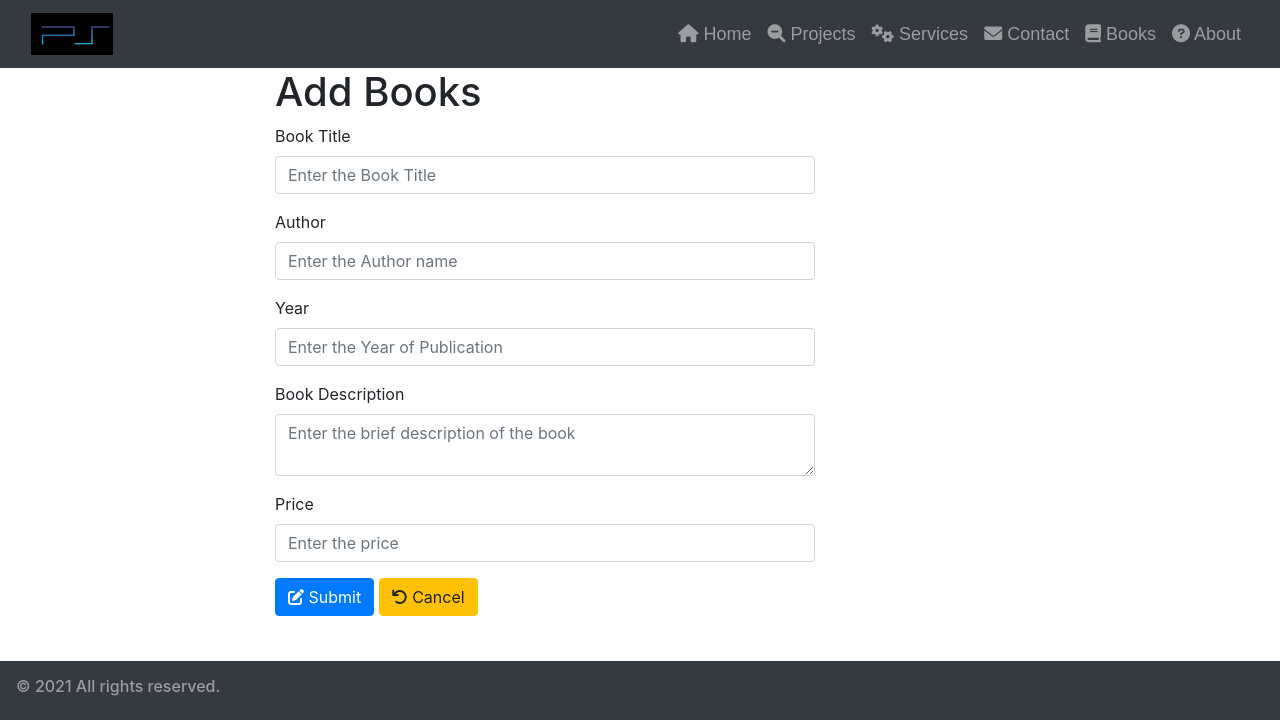
Repository: ParambirParambir/Assignment02
Page: http://localhost/book-list/add
An editor plug-in stored every save of this project. The page is shown before and after the next save, followed by the edit.
The browser window is 1280 px wide. The pictures show the whole page.
Some web libraries are served in a nearby version. The page is served by the project's Node server (server/config/app.js). Other server files are loaded and not shown.

Above is the page before, as saved 2021-10-21 19:55:28.

### server/views/book/add.ejs
<%- include ../partials/header.ejs %>

<%- include ../partials/main_nav.ejs %>

<!--Main content for Add page-->
<div class="container">
    <div class="row">
        <div class="offset-md-2 col-md-6">
          <h1><%= title %></h1>

            <form class="form" method="post">
                <div class="form-group">
                    <label for="nameTextField">Book Title</label>
                    <input type="text" class="form-control" id="nameTextField" placeholder="Enter the Book Title" name="name" required>
                </div>

                <div class="form-group">
                    <label for="authorTextField">Author</label>
                    <input type="text" class="form-control" id="authorTextField" placeholder="Enter the Author name" name="author" required>
                </div>

                <div class="form-group">
                    <label for="publishedTextField">Year</label>
                    <input type="text" class="form-control" id="publishedTextField" placeholder="Enter the Year of Publication " name="year" required>
                </div>

                <div class="form-group">
                    <label for="descriptionTextArea">Book Description</label>
                    <textarea type="text" class="form-control" id="descriptionTextArea" placeholder="Enter the brief description of the book" name="description" required></textarea>
                </div>

                <div class="form-group">
                    <label for="priceTextField">Price</label>
                    <input type="number" class="form-control" id="priceTextField" placeholder="Enter the price" name="price" required>
                </div>

                <button class="btn btn-primary " type="submit">
                    <i class="fas fa-edit"></i> Submit</button>

                    <a href="/book-list" class="btn btn-warning"><i class="fas fa-undo"></i> Cancel</a>
            </form>
        </div>

    </div>
</div>

<%- include ../partials/bottom_nav.ejs %>

<%- include ../partials/footer.ejs %>

### server/views/partials/header.ejs
<!DOCTYPE html>
<html lang="en">
<head>
  <meta charset="UTF-8">
  <meta http-equiv="X-UA-Compatible" content="IE=edge">
  <meta name="viewport" content="width=device-width, initial-scale=1.0">
  <title><%= title %> page</title>

  <!--css-->
  <link rel='stylesheet' href='/Content/app.css' />

<!--These stylesheets were saying 404 in console-->

  <!--<link rel="stylesheet" href="/bootstrap/dist/bootstrap.min.css">
  <link rel="stylesheet" href='/@fortawesome/fontawesome-free/css/all.min.css'-->

  <link rel="stylesheet" href="https://cdn.jsdelivr.net/npm/bootstrap@4.6.0/dist/css/bootstrap.min.css" integrity="sha384-B0vP5xmATw1+K9KRQjQERJvTumQW0nPEzvF6L/Z6nronJ3oUOFUFpCjEUQouq2+l" crossorigin="anonymous">
 <link rel="stylesheet" href="https://cdnjs.cloudflare.com/ajax/libs/font-awesome/6.0.0-beta2/css/all.min.css" integrity="sha512-YWzhKL2whUzgiheMoBFwW8CKV4qpHQAEuvilg9FAn5VJUDwKZZxkJNuGM4XkWuk94WCrrwslk8yWNGmY1EduTA==" crossorigin="anonymous" referrerpolicy="no-referrer" />

</head>
<body>

### server/views/partials/main_nav.ejs
 <!--main nav-->
  <nav class="navbar navbar-expand-lg navbar-dark bg-dark">
    <div class="container-fluid">
      <a class="navbar-brand" href="/home"><img src="/Assets/images/logo.jpg" class="logo"></a>
      <button class="navbar-toggler" type="button" data-bs-toggle="collapse" data-bs-target="#navbarSupportedContent" aria-controls="navbarSupportedContent" aria-expanded="false" aria-label="Toggle navigation">
        <span class="navbar-toggler-icon"></span>
      </button>

      <div class="collapse navbar-collapse" id="navbarSupportedContent">
        <ul class="navbar-nav ml-auto mb-2 mb-lg-0">

          <% if (title=="Home"){%>
          <li class="nav-item active"><%}
          else {%>
              <li class="nav-item"><% }%>

            <a class="nav-link" aria-current="page" href="/home"><i class="fas fa-home"></i> Home </a>
          </li>

          <% if (title=="Projects"){%>
          <li class="nav-item active"><%}
          else {%>
              <li class="nav-item"><% }%>
            <a class="nav-link" href="/projects"><i class="fas fa-search-minus"></i> Projects </a>
          </li>

          <% if (title=="Services"){%>
          <li class="nav-item active"><%}
          else {%>
              <li class="nav-item"><% }%>
            <a class="nav-link" href="/services"><i class="fas fa-cogs"></i> Services </a>
          </li>

          <% if (title=="Contact"){%>
          <li class="nav-item active"><%}
          else {%>
              <li class="nav-item"><% }%>
            <a class="nav-link" href="/contact"><i class="fas fa-envelope"></i> Contact </a>
          </li>

            <% if (title=="Books"){%>
          <li class="nav-item active"><%}
          else {%>
              <li class="nav-item"><% }%>
            <a class="nav-link" href="/book-list"><i class="fa-solid fa-book"></i> Books </a>
          </li>

          <% if (title=="About"){%>
          <li class="nav-item active"><%}
          else {%>
              <li class="nav-item"><% }%>
            <a class="nav-link" href="/about"><i class="fas fa-question-circle"></i> About </a>


        </ul>
      </div>
    </div>
  </nav>

### server/views/partials/bottom_nav.ejs
<!--bottom nav-->
<footer class="container">
    <nav class="navbar fixed-bottom navbar-dark bg-dark">
    <h6 class="navbar-text">&copy; 2021 All rights reserved.</h6>
    </nav>
</footer>

### server/views/partials/footer.ejs
  <!--scripts-->

  <script src="https://ajax.googleapis.com/ajax/libs/jquery/2.1.1/jquery.min.js"></script>
 <!-- <script src="/jquery/dist/jquery.min.js"></script>-->
  <script src="/Scripts/app.js"></script>
</body>
</html>

### server/config/app.js
let createError = require('http-errors');
let express = require('express');
let path = require('path');
let cookieParser = require('cookie-parser');
let logger = require('morgan');

//database setup
let mongoose=require('mongoose');
let DB=require('./db');

//connect mongoose to the DB URI
mongoose.connect(DB.URI, {useNewUrlParser: true}, {useUnifiedTopology:true} );

let mongoDB=mongoose.connection;
mongoDB.on('error', console.error.bind(console,'connection error: '));
mongoDB.once('open',()=>{
  console.log('Connected to MongoDB...');
});

let indexRouter = require('../routes/index');
let usersRouter = require('../routes/users');
let booksRouter = require('../routes/book');
const { Console } = require('console');

let app = express();

// view engine setup
app.set('views', path.join(__dirname, '../views'));
app.set('view engine', 'ejs');

app.use(logger('dev'));
app.use(express.json());
app.use(express.urlencoded({ extended: false }));
app.use(cookieParser());
app.use(express.static(path.join(__dirname, '../../public')));
app.use(express.static(path.join(__dirname, '../../node_modules')));

app.use('/', indexRouter);
app.use('/users', usersRouter);
app.use('/book-list', booksRouter);

// catch 404 and forward to error handler
app.use(function(req, res, next) {
  next(createError(404));
});

// error handler
app.use(function(err, req, res, next) {
  // set locals, only providing error in development
  res.locals.message = err.message;
  res.locals.error = req.app.get('env') === 'development' ? err : {};

  // render the error page
  res.status(err.status || 500);
  res.render('error', {title: 'Error'});
});

module.exports = app;

### server/routes/book.js
let express=require("express");
let router=express.Router();
let mongoose=require('mongoose');

//connect to our book model
let Book =require('../models/book');

/*Get Route for the Book list page- READ operation*/
router.get('/',(req,res,next)=>{
    Book.find((err,BookList)=>{
        if(err)
        {
            return console.error(err);
        }
        else
        {
           // console.log(BookList);

           res.render('book/list.ejs', {title:'Books', BookList:BookList})
        }
    });

});

/*Get Route for the Add page- CREATE operation*/
router.get('/add', (req, res, next)=>{
    res.render('book/add', {title: 'Add Books'})
});

/*Post Route for the Add page- CREATE operation*/
router.post('/add', (req, res, next)=>{
    let newBook=Book(
        {
            "name":req.body.name,
            "author":req.body.author,
            "published":req.body.published,
            "description": req.body.description,
            "price": req.body.price
        }
    );
    Book.create(newBook, (err, Book)=>{
        if(err)
        {
            console.log(err);
            res.end(err);
        }
        else
        {
            //refresh the book list
            res.redirect('/book-list');
        }
    })
});

/*Get Route for the Edit page- UPDATE operation*/
router.get('/edit/:id', (req, res, next)=>{
    let id=req.params.id;

    Book.findById(id, (err, bookToEdit)=>{
        if(err)
        {
            console.log(err);
            res.end(err);
        }
        else
        {
            //refresh the book list
            res.render('book/edit', {title:'Edit Book', book:bookToEdit})
        }
    });
});

/*Post Route for the Edit age- UPDATE operation*/
router.post('/edit/:id', (req, res, next)=>{
    let id=req.params.id

    let updateBook=Book
    (
        {
            "_id":id,
            "name":req.body.name,
            "author":req.body.author,
            "published":req.body.published,
            "description": req.body.description,
            "price": req.body.price
        }
    );
    Book.updateOne({_id:id},updateBook, (err)=>{
        if(err)
        {
            console.log(err);
            res.end(err);
        }
        else
        {
            //refresh the book list
            res.redirect('/book-list');
        }
    });
});

/*Get to perform Deletion- DELETE operation*/
router.get('/delete/:id', (req, res, next)=>{
    let id=req.params.id;

    Book.remove({_id:id}, (err)=>{
        if(err)
        {
            console.log(err);
            res.end(err);
        }
        else
        {
            //refresh the book list
            res.redirect('/book-list');
        }
        });
    });

module.exports=router;

### public/Content/app.css
/*-custom css--*/
p{
    font-family: sans-serif; font-size: larger; font-weight: 700;
}
ul{
    font-family: sans-serif; font-size: large; color: rgb(11, 11, 66);
}

/*designing of email and calling sysmbols*/
.contactUsEmail{
    width: 7%; height: 7%; float: right; padding-right: 3%; padding-top: 2%;
}
.contactUsPhone{
    width: 4.2%; height: 4.2%; float: right; margin-right: 7%;  padding-top: 2%;
}
.descriptionOfProjects{
    font-family: Cambria, Cochin, Georgia, Times, 'Times New Roman', serif; font-size: medium; color: rgb(34, 34, 34);
}
h2, h4{
    color:rgb(238, 46, 46);
}
.logo{
    width: 50%;
}

### public/Scripts/app.js
/*IIFE*/

(function()
{
    function Start()
    {
        console.log("App started...");
    }
    window.addEventListener("load", Start);
})();

After the next save:
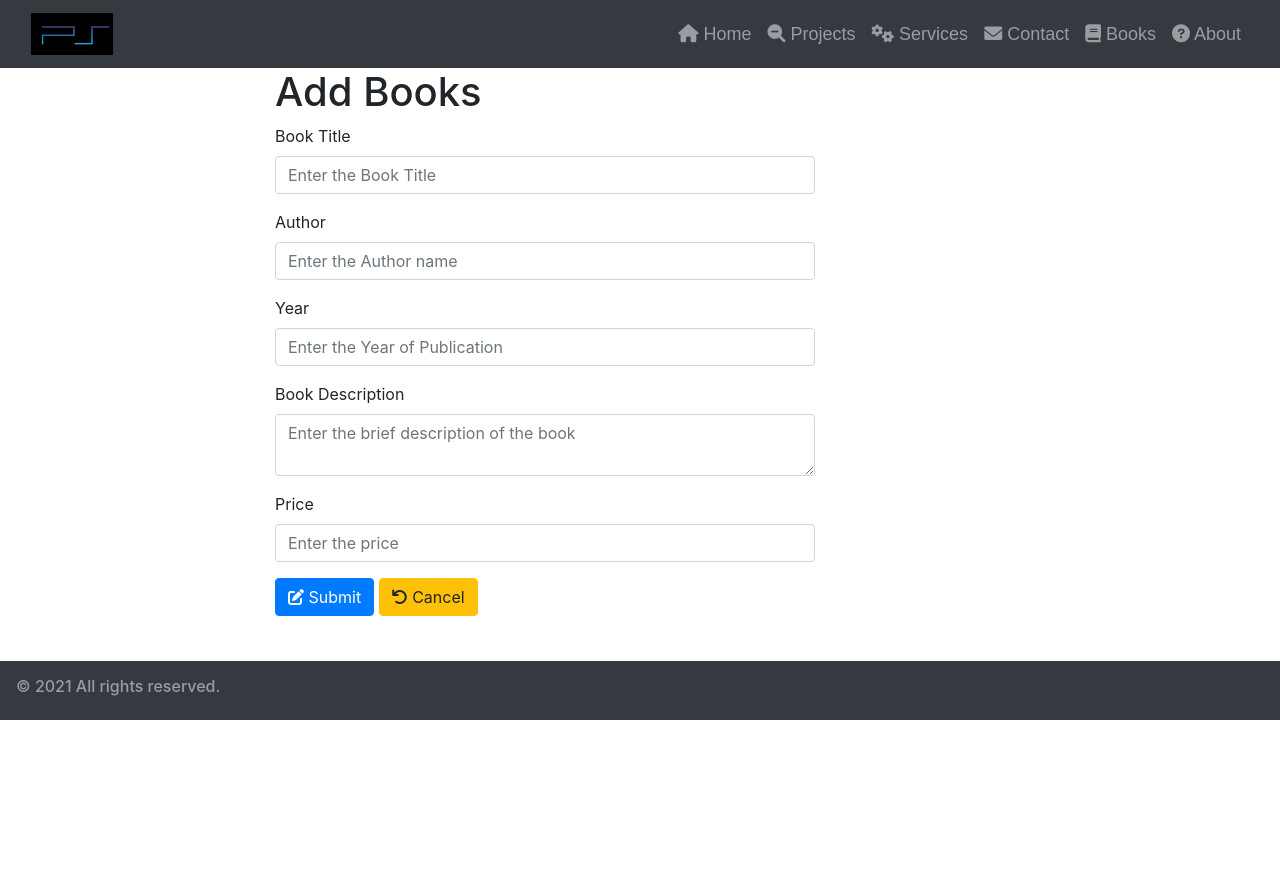
Saved 4 min 20 s later.
--- a/server/views/book/add.ejs
+++ b/server/views/book/add.ejs
@@ -38,6 +38,10 @@
                     <i class="fas fa-edit"></i> Submit</button>
 
                     <a href="/book-list" class="btn btn-warning"><i class="fas fa-undo"></i> Cancel</a>
+
+                    <div class="form-group">
+                        <br><br><br><br><br><br><br><br><br><br>
+                    </div>
             </form>
         </div>
 
